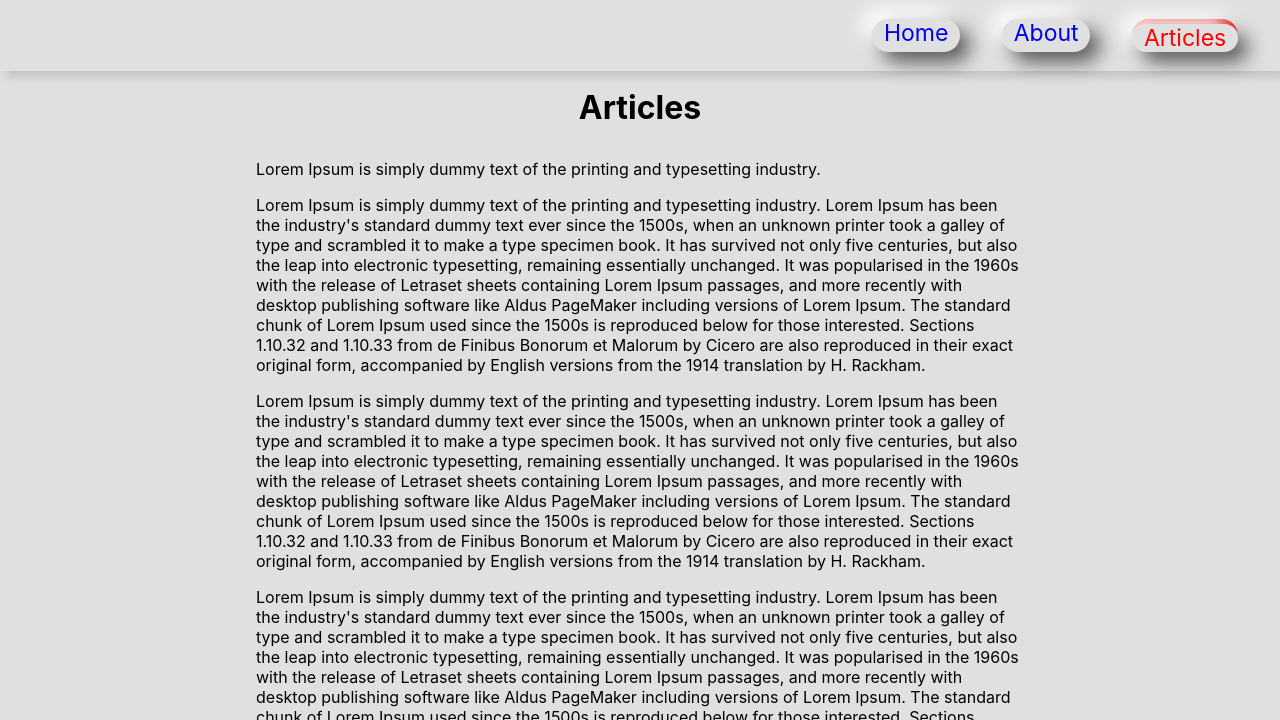
Repository: ShindanoSingi/react-software-architecture-course
Page: /articles
These files come from the project's save history. The page is drawn as it stood at one moment and after a run of saves; the edit follows.
The browser window is 1280 px wide. The pictures show the whole page.
An inner scrolling area shows only its first screen. The project was rebuilt for these pictures with package versions that can differ from the ones it lists, and the page was loaded fresh each time. Also part of the build but not shown: src/App.css, src/pages/Home.js, src/pages/About.js.

Above is the page before, as saved 2022-12-26 00:41:37.

After the next 5 saves:
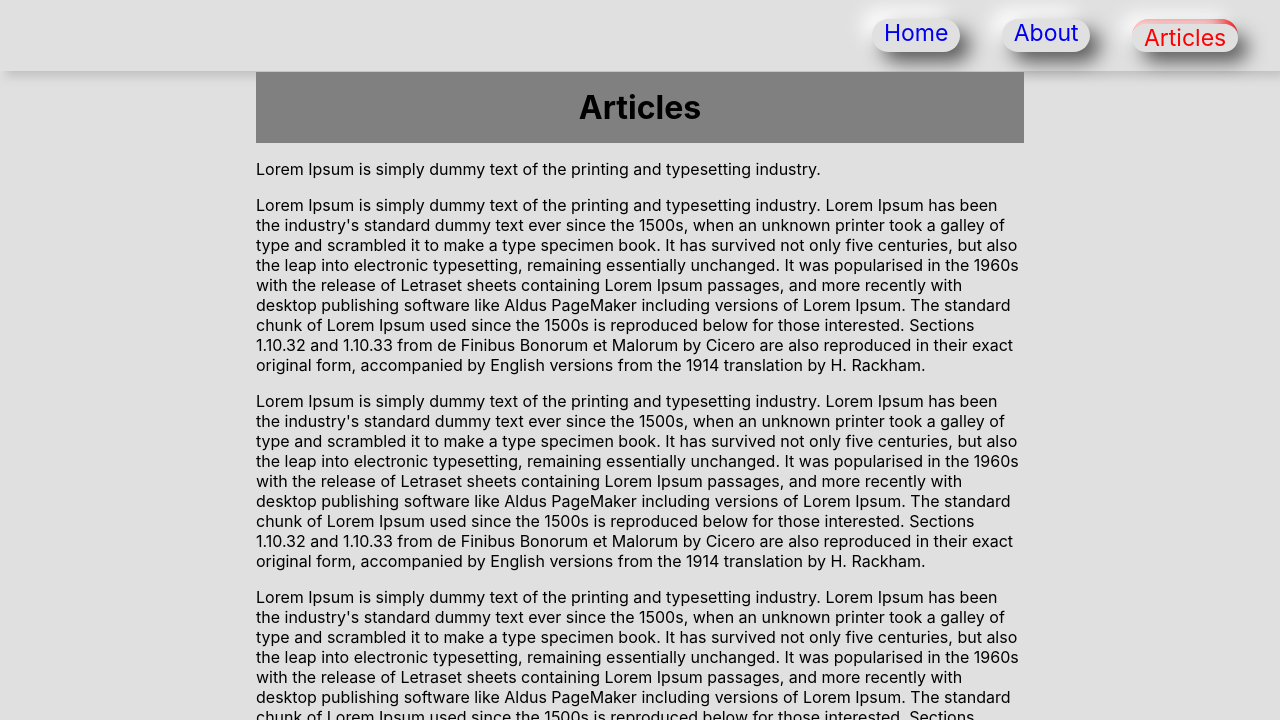
The 5 saves are shown as one change because 4 did not build or start.
The last was saved 7 min 54 s later.
--- a/src/pages/Articles.js
+++ b/src/pages/Articles.js
@@ -1,9 +1,15 @@
 import React from 'react'
+import styled from 'styled-components'
+
+const Heading = styled.h1`
+	background: grey;
+`
 
 function Articles() {
   return (
     <div className="container">
-      <h1>Articles</h1>
+	<Heading>Articles</Heading>
+
       <div className="div-container">
         <p>
           Lorem Ipsum is simply dummy text of the printing and typesetting
